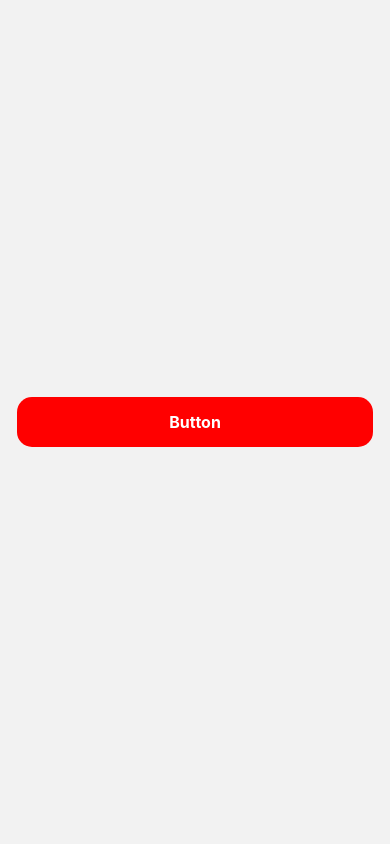
Repository: hungdomanh95/setuptheme
Screen: /HomeScreen
An editor plug-in stored every save of this project. The screen is shown before and after the next save, followed by the edit.
The app was drawn by React Native's web renderer in a window 390 px wide. The project was rebuilt for these pictures with package versions that can differ from the ones it lists, and the page was loaded fresh each time. Also part of the build but not shown: src/components/Fade/index.js, src/components/Slide/index.js.

Above is the screen before, as saved 2022-05-17 10:16:49.

### App.js
import {View, Text} from 'react-native';
import React from 'react';
import RootNavigation from './src/navigation/rootNavigation';

const App = () => {
  return <RootNavigation />;
};

export default App;

### src/navigation/rootNavigation.js
import React from 'react'
import {NavigationContainer} from '@react-navigation/native';
import {createNativeStackNavigator} from '@react-navigation/native-stack';
import {
  HomeScreen,
} from '../screens';
import { SafeAreaProvider } from 'react-native-safe-area-context';

const Stack = createNativeStackNavigator();
const RootNavigation = () => {
  const screenOptions = {
    headerTransparent: true,
    headerShown: false,
  };
  const stackOption = {
    headerShown: true,
    headerBackTitle: '',
    headerTitle: '',
  };
  return (
    <SafeAreaProvider>
      <NavigationContainer>
        <Stack.Navigator screenOptions={screenOptions}>
          <Stack.Screen name="HomeScreen" component={HomeScreen} />
        </Stack.Navigator>
      </NavigationContainer>
    </SafeAreaProvider>
  );
};

export default RootNavigation;

### src/screens/index.js
import HomeScreen from './HomeScreen';
export {HomeScreen};

### src/screens/HomeScreen/index.js
import {View, Text,StyleSheet} from 'react-native';
import React from 'react';
import {COLOR, shadows} from '../../theme';
import { RNButton } from '../../components';

const HomeScreen = () => {
  return (
    <View style={styles.container}>
      <RNButton text="Button" color={COLOR.GREEN} />
    </View>
  );
};

export default HomeScreen;
const styles = StyleSheet.create({
  container: {
    flex: 1,
    justifyContent: 'center',
    alignItems: 'center',
  },
});

### src/theme/index.js
import {StyleSheet, Dimensions} from 'react-native';
const {width, height} = Dimensions.get('window');
const width_design = 375;
export const size = {
  width,
  height,
  spacing: 16,
  icon: 24,
  btn1: (width * 343) / width_design,
  btn2: (width * 196) / width_design,
  btn3: (width * 160) / width_design,
};
export const COLOR = {
  PRIMARY: '#002665',
  SECONDARY: '#2567F9',
  WHITE: '#FFFFFF',
  YELLOW: '#FDBE01',
  GRAY: '#6D7E92',
  GREEN: '#18A348',
  RED: '#DA000B',
  NEURAL: '#FFB200',
  ORANGE: '#F44B02',
  COLOR_INFOR: '#0289F4',
};
export const text = StyleSheet.create({
  h1: {
    fontSize: 22,
    lineHeight: 33,
  },
  h2: {
    fontSize: 20,
    lineHeight: 30,
  },
  h3: {
    fontSize: 18,
    lineHeight: 27,
  },
  fz16: {
    fontSize: 16,
    lineHeight: 24,
  },
  fz14: {
    fontSize: 14,
    lineHeight: 21,
  },
  fz12: {
    fontSize: 12,
    lineHeight: 18,
  },
  fz10: {
    fontSize: 10,
    lineHeight: 15,
  },
  bold: {
    fontWeight: '700',
  },
  medium: {
    fontWeight: '500',
  },
  regular: {
    fontWeight: '400',
  },
});
export const shadows = StyleSheet.create({
  sh: {
    backgroundColor: '#FFFFFF',
    shadowColor: 'rgba(0, 38, 101, 0.1)',
    shadowOffset: {
      width: 0,
      height: 2,
    },
    shadowOpacity: 2,
    shadowRadius: 5,
    elevation: 5,
  },
});

### src/components/index.js
import Fade from './Fade';
import Slide from './Slide';
import RNButton from './RNButton';
export {Fade, Slide, RNButton};

### src/components/RNButton/index.js
import { StyleSheet, Text, View } from 'react-native'
import React from 'react'
import { COLOR, size, text } from '../../theme'

const RNButton = (props) => {
  const {text} = props
  return (
    <View style={styles.container}>
      <Text style={styles.text}>{text}</Text>
    </View>
  )
}

export default RNButton

const styles = StyleSheet.create({
  container:{
    width:size.btn1,
    height:50,
    justifyContent:'center',
    alignItems:'center',
    backgroundColor:"red",
    borderRadius:15
  },
  text:{
    color:COLOR.WHITE,
    ...text.fz16,
    ...text.bold
  }
})

After the next save:
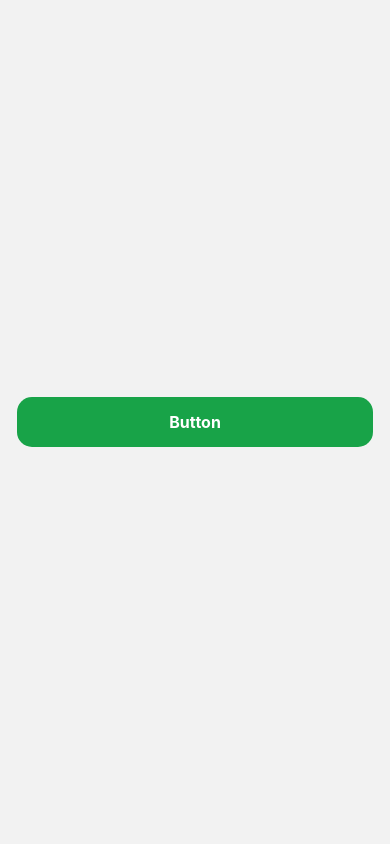
Saved 2 min 0 s later.
--- a/src/components/RNButton/index.js
+++ b/src/components/RNButton/index.js
@@ -1,30 +1,47 @@
-import { StyleSheet, Text, View } from 'react-native'
-import React from 'react'
-import { COLOR, size, text } from '../../theme'
+import {StyleSheet, Text, View} from 'react-native';
+import React from 'react';
+import {COLOR, size, text} from '../../theme';
 
-const RNButton = (props) => {
-  const {text} = props
+const RNButton = props => {
+  const {text, color} = props;
+  const styles = styleWithProps(props);
   return (
     <View style={styles.container}>
       <Text style={styles.text}>{text}</Text>
     </View>
-  )
-}
+  );
+};
+const styleWithProps = props =>
+  StyleSheet.create({
+    container: {
+      width: size.btn1,
+      height: 50,
+      justifyContent: 'center',
+      alignItems: 'center',
+      backgroundColor: props.color,
+      borderRadius: 15,
+    },
+    text: {
+      color: COLOR.WHITE,
+      ...text.fz16,
+      ...text.bold,
+    },
+  });
 
-export default RNButton
+export default RNButton;
 
-const styles = StyleSheet.create({
-  container:{
-    width:size.btn1,
-    height:50,
-    justifyContent:'center',
-    alignItems:'center',
-    backgroundColor:"red",
-    borderRadius:15
-  },
-  text:{
-    color:COLOR.WHITE,
-    ...text.fz16,
-    ...text.bold
-  }
-})
+// const styles = StyleSheet.create({
+//   container: {
+//     width: size.btn1,
+//     height: 50,
+//     justifyContent: 'center',
+//     alignItems: 'center',
+//     backgroundColor: 'red',
+//     borderRadius: 15,
+//   },
+//   text: {
+//     color: COLOR.WHITE,
+//     ...text.fz16,
+//     ...text.bold,
+//   },
+// });
